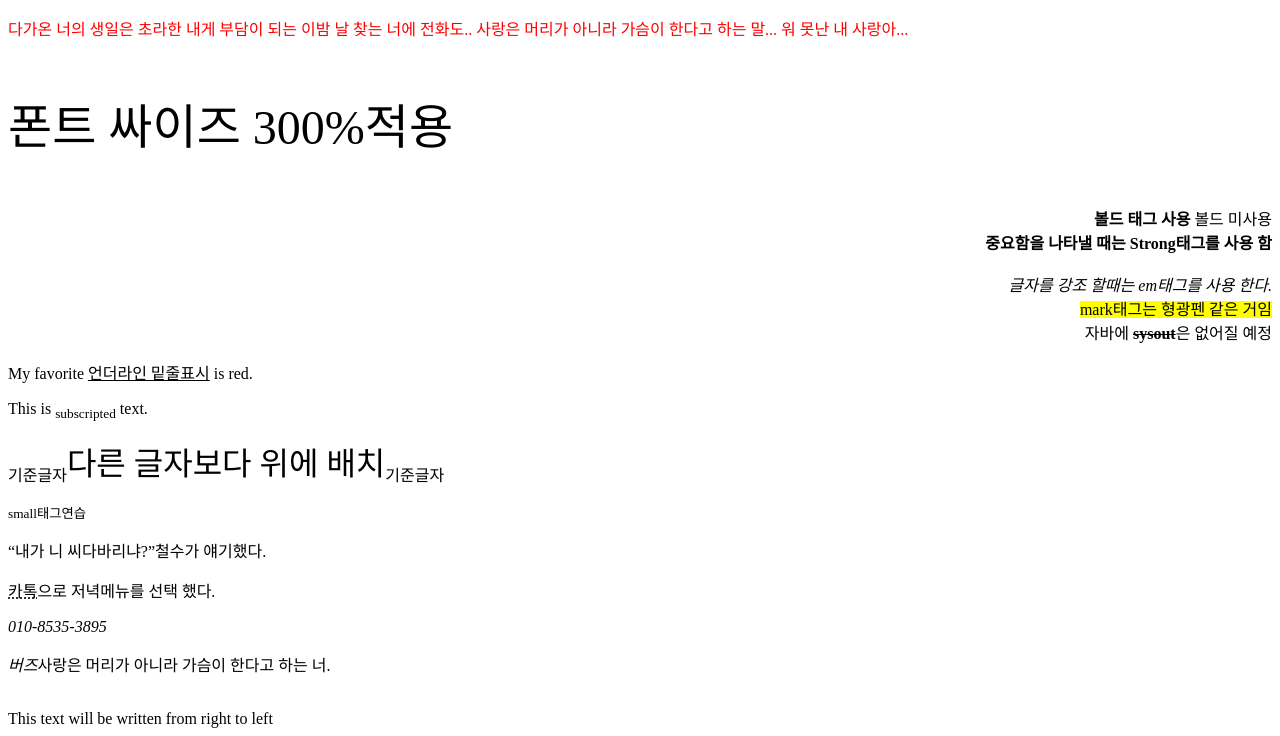
Repository: ashojm/WebWork
Page: Web/first.html
These files come from the project's save history. The page is drawn as it stood at one moment and after the next save; the edit follows.
The browser window is 1280 px wide. The pictures show the whole page.

Above is the page before, as saved 2015-11-12 14:23:36.

### Web/first.html
<!DOCTYPE html>
<html>
	<head>
		<meta charset="UTF-8">
		<title>제목입니다.</title>
	</head>
	<body>
	<p style="color:red">
		다가온 너의 생일은 초라한 내게 부담이 되는
		이밤 날 찾는 너에 전화도.. 사랑은 머리가 아니라
		가슴이 한다고 하는 말...
		워 못난 내 사랑아...
	</p>
	<p style="font-size: 300%">
		폰트 싸이즈 300%적용
	</p>
	<p style="text-align: right">
		<b>볼드 태그 사용</b> 볼드 미사용<br>
		<strong>중요함을 나타낼 때는 Strong태그를 사용 함</strong><br>
		<!--<i>이탤릭 태그 실습</i><br>--></br>
		<em>글자를 강조 할때는 em태그를 사용 한다.</em><br>
		<mark>mark태그는 형광펜 같은 거임</mark><br>
		자바에 <b><del>sysout</del></b>은 없어질 예정
	</p>
	<p>My favorite <ins>언더라인 밑줄표시</ins> is red.</p>
	<p>This is <sub>subscripted</sub> text.</p>
	<p>기준글자<sup style="font-size: 200%">다른 글자보다 위에 배치</sup>기준글자</p>
	<p>
		<small>small태그연습</small>
	</p>
	<p><q>내가 니 씨다바리냐?</q>철수가 얘기했다.</p>
	<p><abbr title="카카오톡">카톡</abbr>으로 저녁메뉴를 선택 했다.</p>
	<address>
	010-8535-3895
</address>
	<p><cite>버즈</cite>사랑은 머리가 아니라 가슴이 한다고 하는 너.</p><br>
	<bdo dir="ltr">This text will be written from right to left</bdo>
</html>

After the next save:
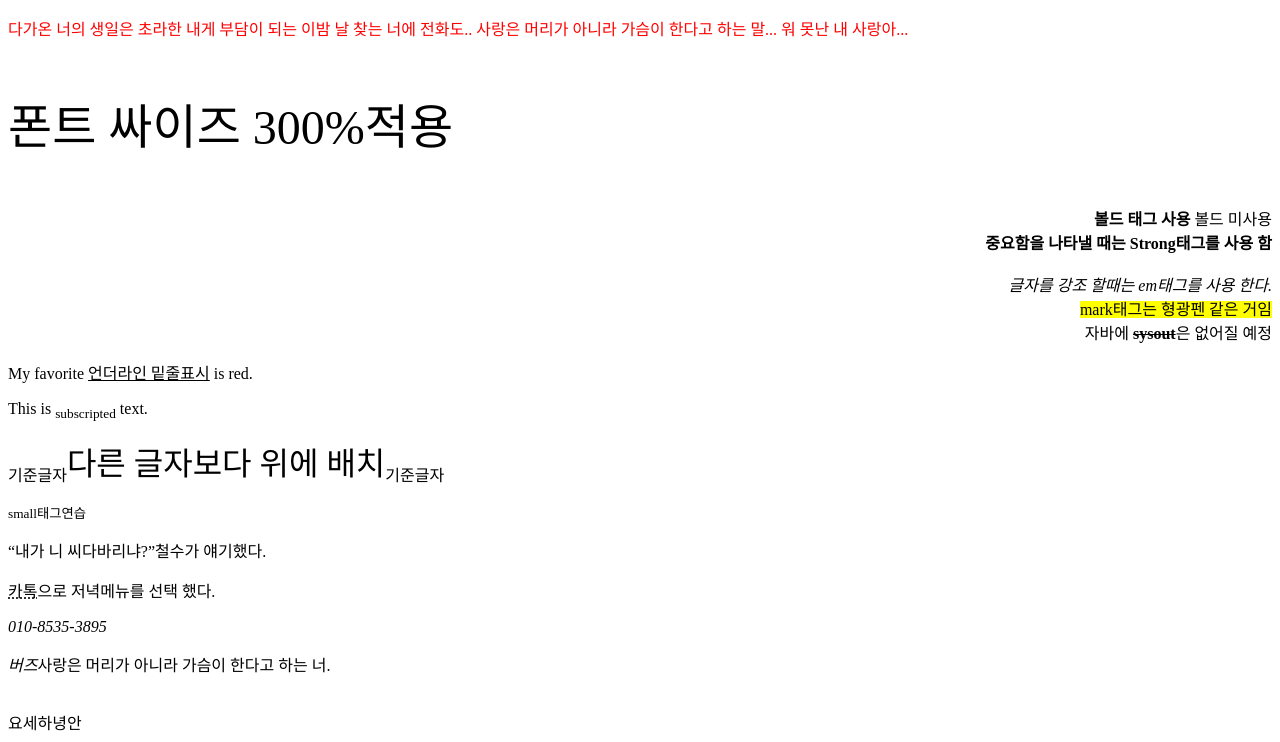
Saved 51 s later.
--- a/Web/first.html
+++ b/Web/first.html
@@ -34,5 +34,5 @@
 	010-8535-3895
 </address>
 	<p><cite>버즈</cite>사랑은 머리가 아니라 가슴이 한다고 하는 너.</p><br>
-	<bdo dir="ltr">This text will be written from right to left</bdo>
+	<bdo dir="rtl">안녕하세요</bdo>
 </html>
